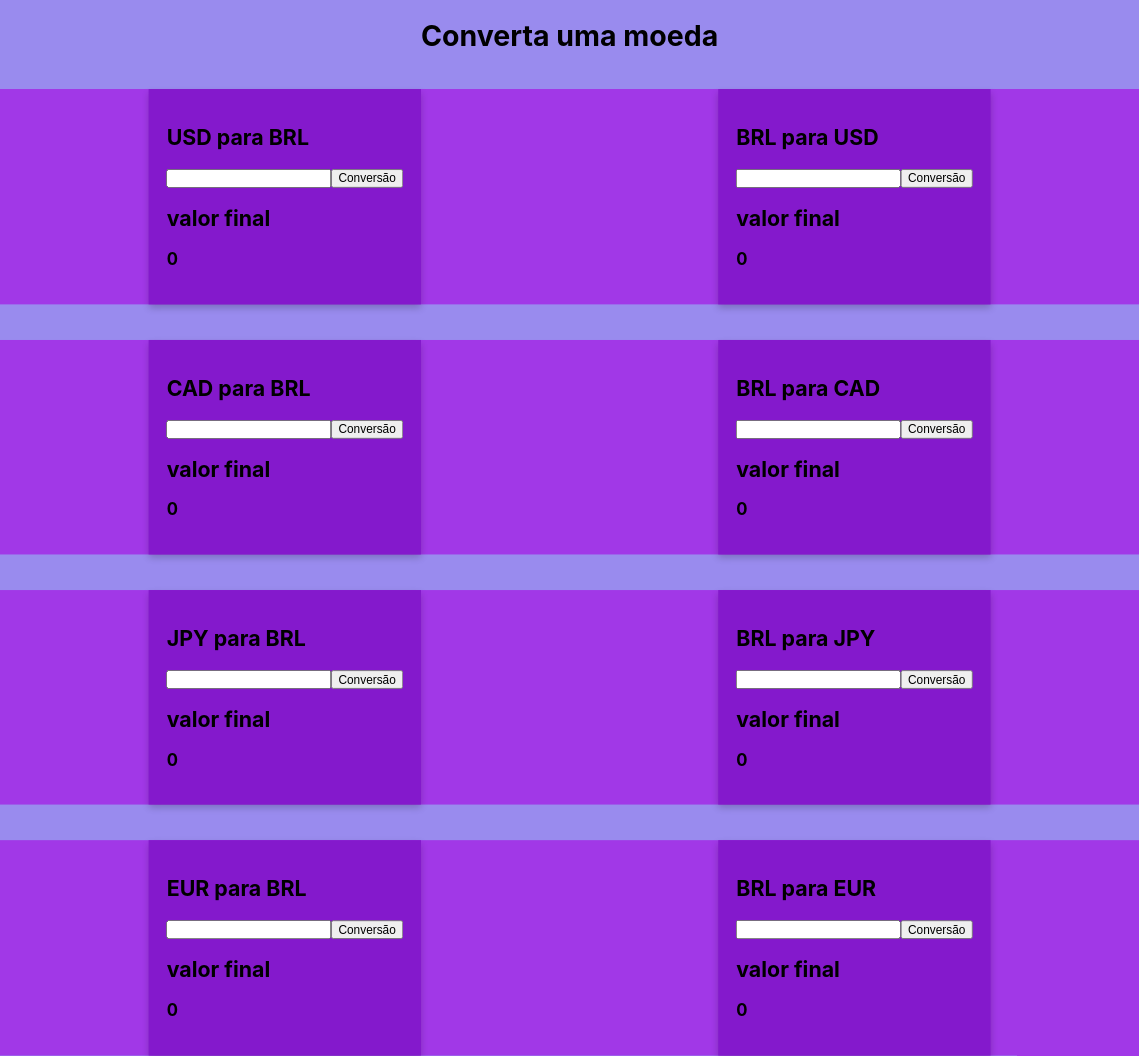
Repository: DeanLemosXD/Currency-converter
Page: /
These files come from the project's save history. The page is drawn as it stood at one moment and after the next save; the edit follows.
The browser window is 1280 px wide. The pictures show the whole page, at 89% of full size.
The project was rebuilt for these pictures with package versions that can differ from the ones it lists, and the page was loaded fresh each time.

Above is the page before, as saved 2021-10-19 18:25:35.

After the next save:
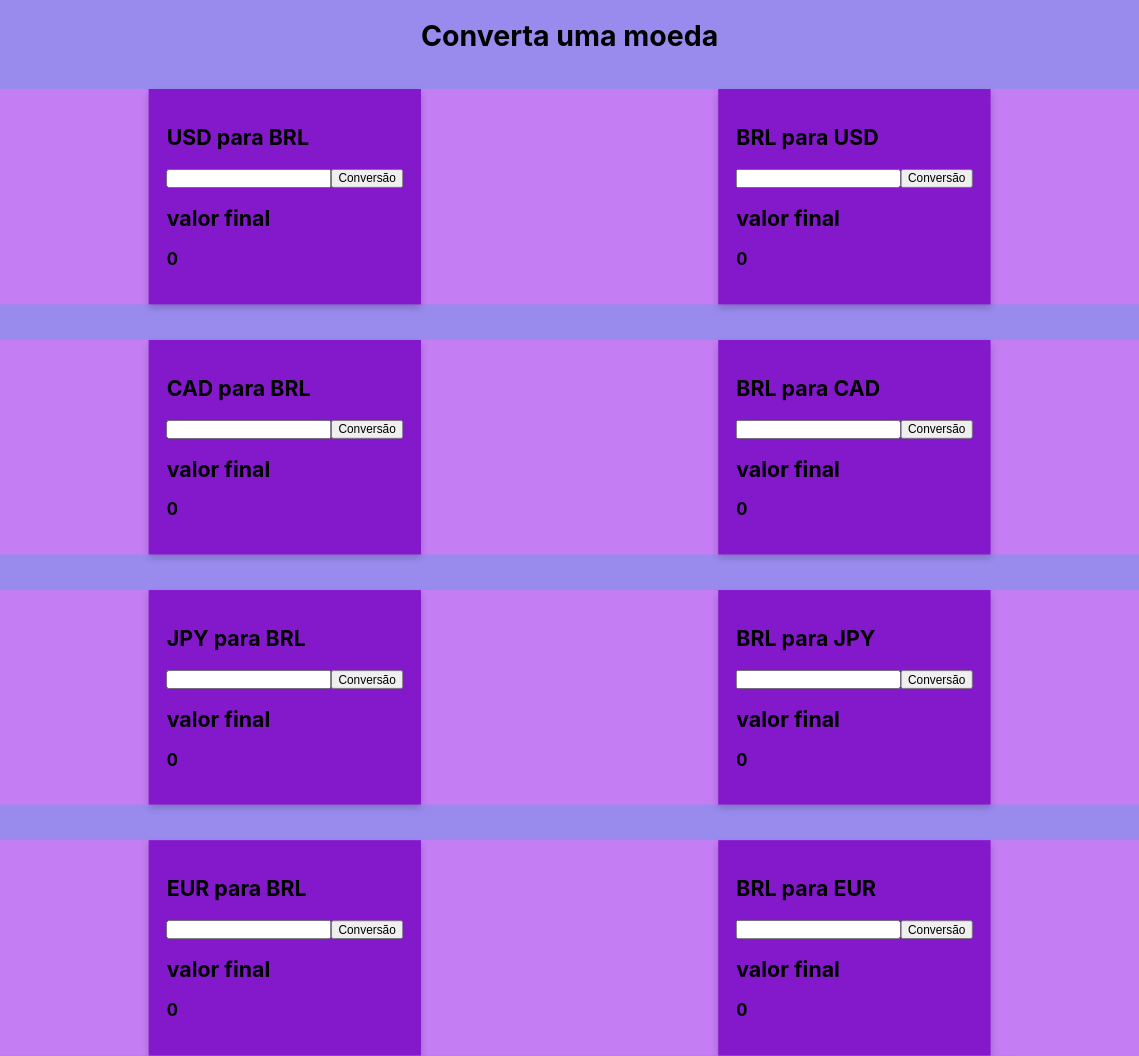
Saved 7 s later.
--- a/src/App.css
+++ b/src/App.css
@@ -2,7 +2,7 @@
     display:flex;
     margin-top:  40px;
     justify-content: space-around;
-    background-color:rgb(161, 56, 231)
+    background-color:rgb(196, 125, 243)
 
 }
 
